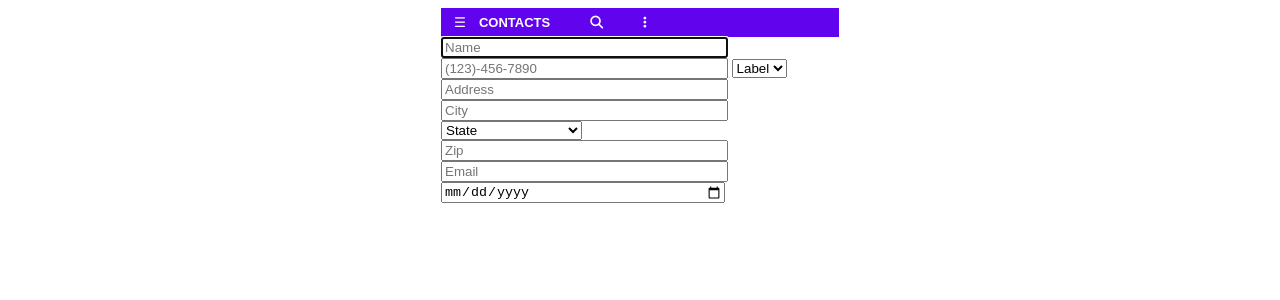
Repository: Sc-Juju/Mobile-Form
Page: index.html
An editor plug-in stored every save of this project. The page is shown before and after the next save, followed by the edit.
The browser window is 1280 px wide. The pictures show the whole page.
The first visible `input[type=text]` has the focus.
Some web libraries are served in a nearby version.

Above is the page before, as saved 2022-10-27 17:09:33.

After the next save:
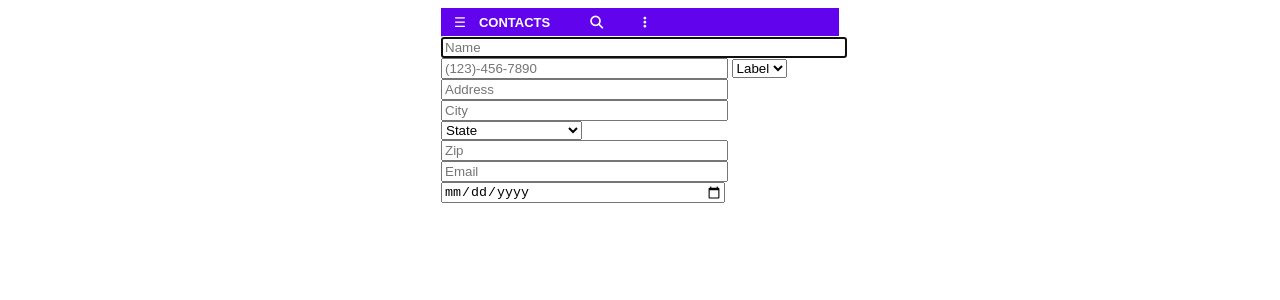
Saved 71 s later.
--- a/style.css
+++ b/style.css
@@ -56,3 +56,6 @@ input{
 input[type=text] {
     transition: width 0.4s ease-in-out;
   }
+input[type=text]:focus {
+    width: 100%;
+}

After the save that followed:
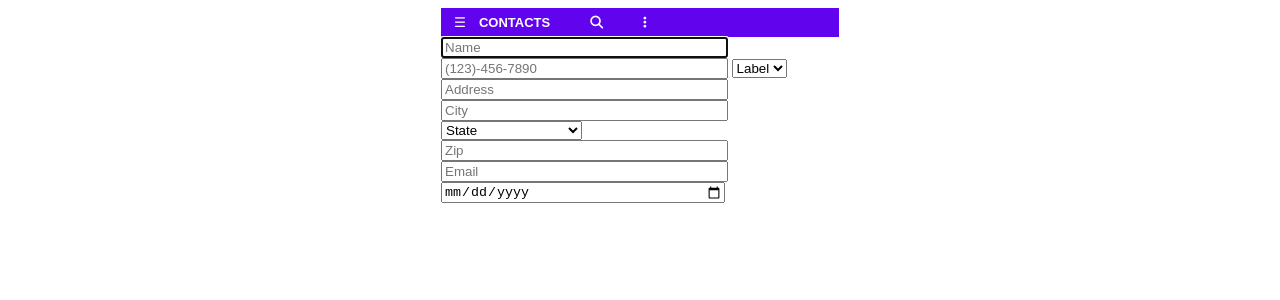
Saved 46 s later.
--- a/style.css
+++ b/style.css
@@ -57,5 +57,5 @@ input[type=text] {
     transition: width 0.4s ease-in-out;
   }
 input[type=text]:focus {
-    width: 100%;
+    width: 70%;
 }
